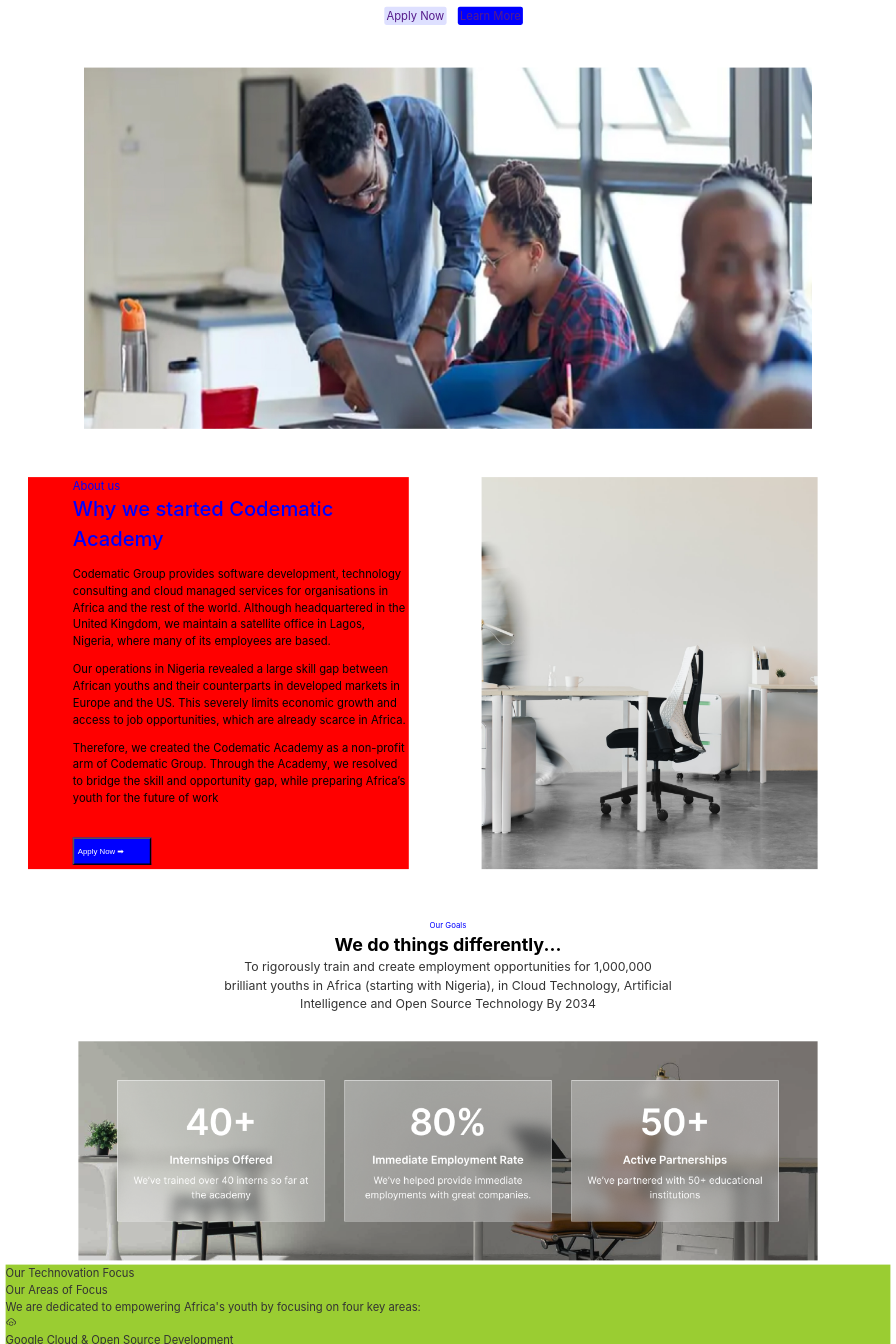
Repository: Gabriel221-dev/Codematic-page
Page: /
An editor plug-in stored every save of this project. The page is shown before and after the next save, followed by the edit.
The browser window is 1280 px wide. The pictures show the part of the page from y = 402 to 2322 px (the page is 4712 px tall), at 70% of full size.
The project was rebuilt for these pictures with package versions that can differ from the ones it lists, and the page was loaded fresh each time. Also part of the build but not shown: vite.config.js.

Above is the page before, as saved 2024-07-25 11:58:32.

After the next save:
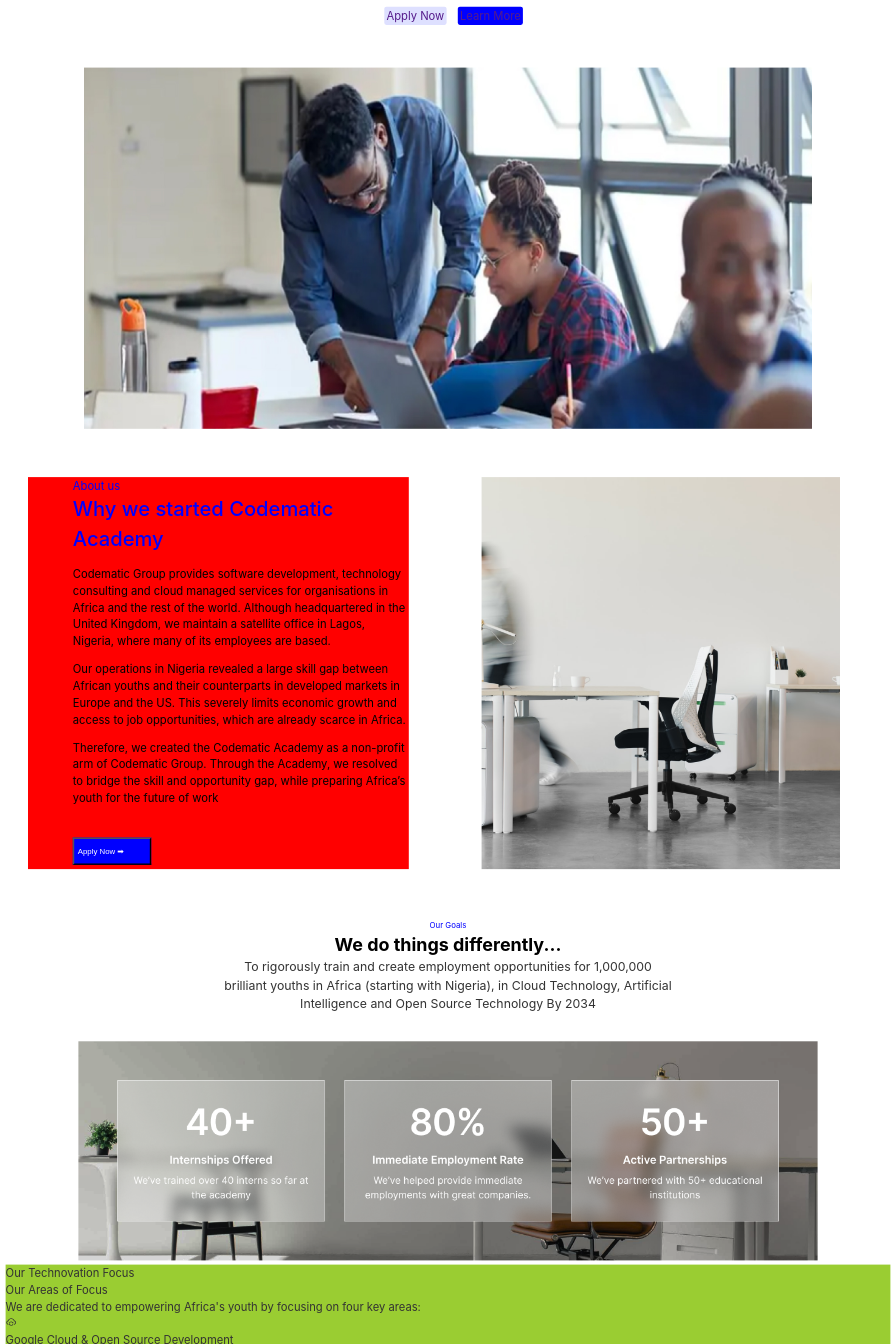
Saved 10 s later.
--- a/src/pages/Home.css
+++ b/src/pages/Home.css
@@ -132,7 +132,8 @@
     align-items: center;
     text-align: left;
     height: 35rem;
-    width: 30rem;
+    width: 32rem;
+    margin: 0 0 0 2rem;
 }
 
 
